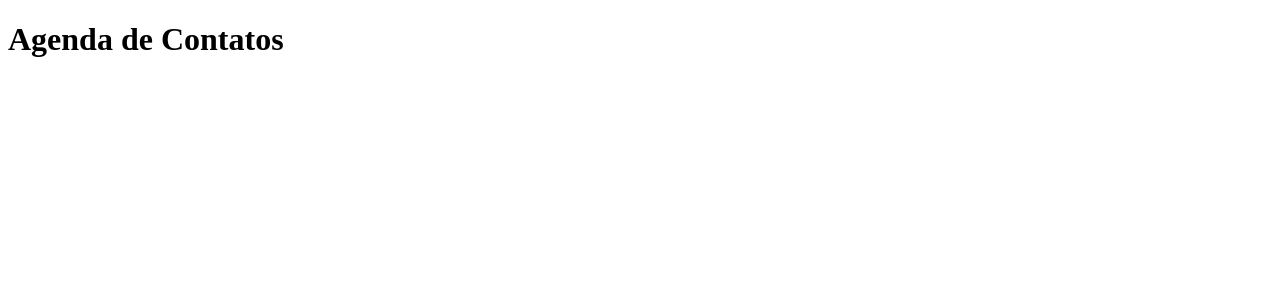
Repository: MarcoMoura21/agenda
Page: http://localhost/agenda/agenda.jsp
An editor plug-in stored every save of this project. The page is shown before and after the next save, followed by the edit.
The browser window is 1280 px wide. The pictures show the whole page.
The page is served by Tomcat 9. Other server files are loaded and not shown.

Above is the page before, as saved 2022-10-11 14:50:09.

### agenda/src/main/webapp/agenda.jsp
<%@ page language="java" contentType="text/html; charset=utf-8"
    pageEncoding="utf-8"%>
<!DOCTYPE html>
<html lang="pt-br">
<head>
<meta charset="utf-8">
<title>Agenda de contatos</title>
</head>
<body>
	<h1>Agenda de Contatos</h1>
</body>
</html>

After the next save:
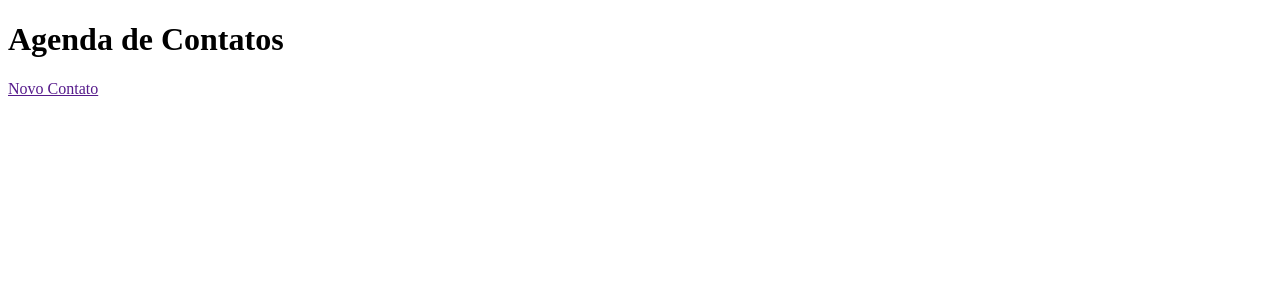
Saved 73 s later.
--- a/agenda/src/main/webapp/agenda.jsp
+++ b/agenda/src/main/webapp/agenda.jsp
@@ -8,5 +8,6 @@
 </head>
 <body>
 	<h1>Agenda de Contatos</h1>
+	<a href="">Novo Contato</a>
 </body>
 </html>
